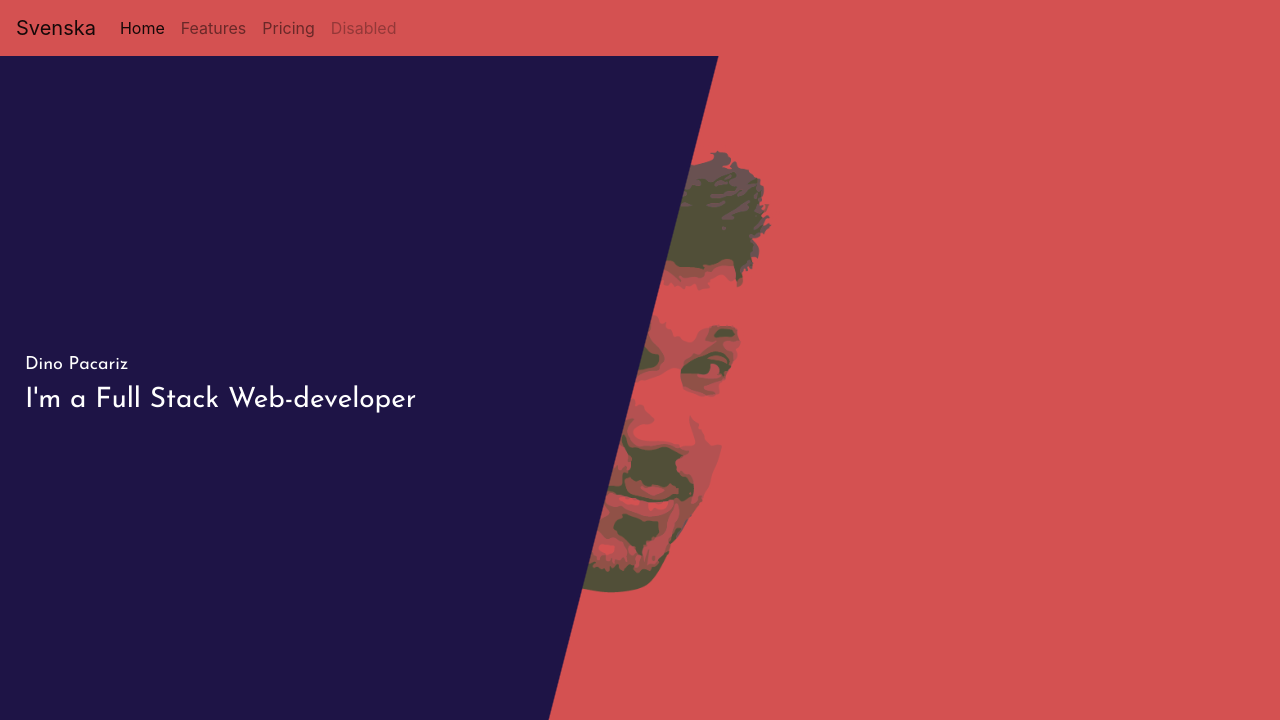
Repository: ImDino/Portfolio
Page: index.html
An editor plug-in stored every save of this project. The page is shown before and after the next save, followed by the edit.
The browser window is 1280 px wide. The pictures show the whole page.
Some web libraries are served in a nearby version. The style sheet was rebuilt from its Sass, Less or Tailwind sources for each picture, by a compiler version that may differ from the author's.

Above is the page before, as saved 2020-11-04 12:57:34.

### index.html
<!DOCTYPE html>
<html lang="en">
<head>
    <meta charset="UTF-8">
    <meta name="viewport" content="width=device-width, initial-scale=1.0">
    <link rel="stylesheet" href="https://cdn.jsdelivr.net/npm/bootstrap@4.5.3/dist/css/bootstrap.min.css" integrity="sha384-TX8t27EcRE3e/ihU7zmQxVncDAy5uIKz4rEkgIXeMed4M0jlfIDPvg6uqKI2xXr2" crossorigin="anonymous">
    <link href="https://fonts.googleapis.com/css2?family=Josefin+Sans&display=swap" rel="stylesheet">

    <script src="https://code.jquery.com/jquery-3.5.1.slim.min.js" integrity="sha384-DfXdz2htPH0lsSSs5nCTpuj/zy4C+OGpamoFVy38MVBnE+IbbVYUew+OrCXaRkfj" crossorigin="anonymous"></script>
    <script src="https://cdn.jsdelivr.net/npm/bootstrap@4.5.3/dist/js/bootstrap.bundle.min.js" integrity="sha384-ho+j7jyWK8fNQe+A12Hb8AhRq26LrZ/JpcUGGOn+Y7RsweNrtN/tE3MoK7ZeZDyx" crossorigin="anonymous"></script>
    <script src="https://cdnjs.cloudflare.com/ajax/libs/gsap/3.5.1/gsap.min.js"></script>
    <script src="/js/main.js"></script>


    <link rel="stylesheet" href="css/main.css">
    <title>Dino's Portfolio</title>
</head>
<body>
    <div id='pseudo-div'></div>
    <nav class="navbar navbar-expand-lg navbar-light bg-light">
        <!-- <a class="navbar-brand" href="#">Navbar</a> -->
        <a class="navbar-brand" id='lang' href="#">Svenska</a>
        <button class="navbar-toggler" type="button" data-toggle="collapse" data-target="#navbarNav" aria-controls="navbarNav" aria-expanded="false" aria-label="Toggle navigation">
          <span class="navbar-toggler-icon"></span>
        </button>
        <div class="collapse navbar-collapse" id="navbarNav">
          <ul class="navbar-nav">
            <li class="nav-item active">
              <a class="nav-link" href="#">Home <span class="sr-only">(current)</span></a>
            </li>
            <li class="nav-item">
              <a class="nav-link" href="#">Features</a>
            </li>
            <li class="nav-item">
              <a class="nav-link" href="#">Pricing</a>
            </li>
            <li class="nav-item">
              <a class="nav-link disabled" href="#" tabindex="-1" aria-disabled="true">Disabled</a>
            </li>
          </ul>
        </div>
    </nav>
    <div id='purple-div'>
        <h1>Dino Pacariz</h1>
        <h3>I'm a Full Stack Web-developer</h3>
    </div>
    <div id='face'>
    </div>
</body>
</html>

### js/main.js
document.addEventListener('DOMContentLoaded', () => {
    gsap.from("#purple-div", {duration: 1, x: -1000});
    gsap.from("#face", {duration: 1, opacity: 0});
    gsap.from("#face", {clearProps: 'all', duration: 1, x:100});
    TweenLite.from('#face', {y:20, ease:Linear.easeNone});





    // localStorage.clear()

    /*:::::::START:::::::::
    ::: Refresh Counter :::
    :::::::::::::::::::::*/

    if(localStorage.getItem('refreshCount') == null) {
        localStorage.setItem('refreshCount', 1);
    } else {
        let  localRefreshCount = localStorage.getItem('refreshCount')
        localRefreshCount++;
        localStorage.setItem('refreshCount', localRefreshCount);
    }
    if (parseInt(localStorage.getItem('refreshCount')) > 10) {
        localStorage.setItem('refreshCount', 1);
    }
    console.log('RefreshCount: '+localStorage.getItem('refreshCount'))


    /*::::::::END::::::::::
    ::: Refresh Counter :::
    :::::::::::::::::::::*/
})

### scss/main.scss


body {
    background-color: #D45151;
    color: white;
}

#pseudo-div {
    width: 100%;
    background-color: red;
}

.navbar {
    background-color: #D45151 !important;
    color: white;
}

#purple-div {
    padding-top: 60px;
    position: absolute;
    top: 0;
    bottom: 0;
    left: 0;
    right: 0;
    z-index: -1;
    background: linear-gradient(104.35deg, #1E1446 50%, rgba(255, 255, 255, 0) 50.1%);
    display: grid;
    place-content: center left;

    h1, h3 {
        margin-left: 25px;
        font-family: 'Josefin Sans', sans-serif;

    }
    h1 {
        font-size: large;
    }
}

#face {
    position: fixed;
    top: 0;
    bottom: 0;
    left: 0;
    right: 0;
    margin-right: 500px;
    background: url('/img/vectorFace.png') no-repeat;
    background-color: #D45151;
    z-index: -2;
    background-blend-mode: darken;
    background-size: 50vh;
    background-position: right;
}



/* //TODO
1. Darkmode, ställa in särskilda färger IFALL man är i darkmode? UX baby.

*/

After the next save:
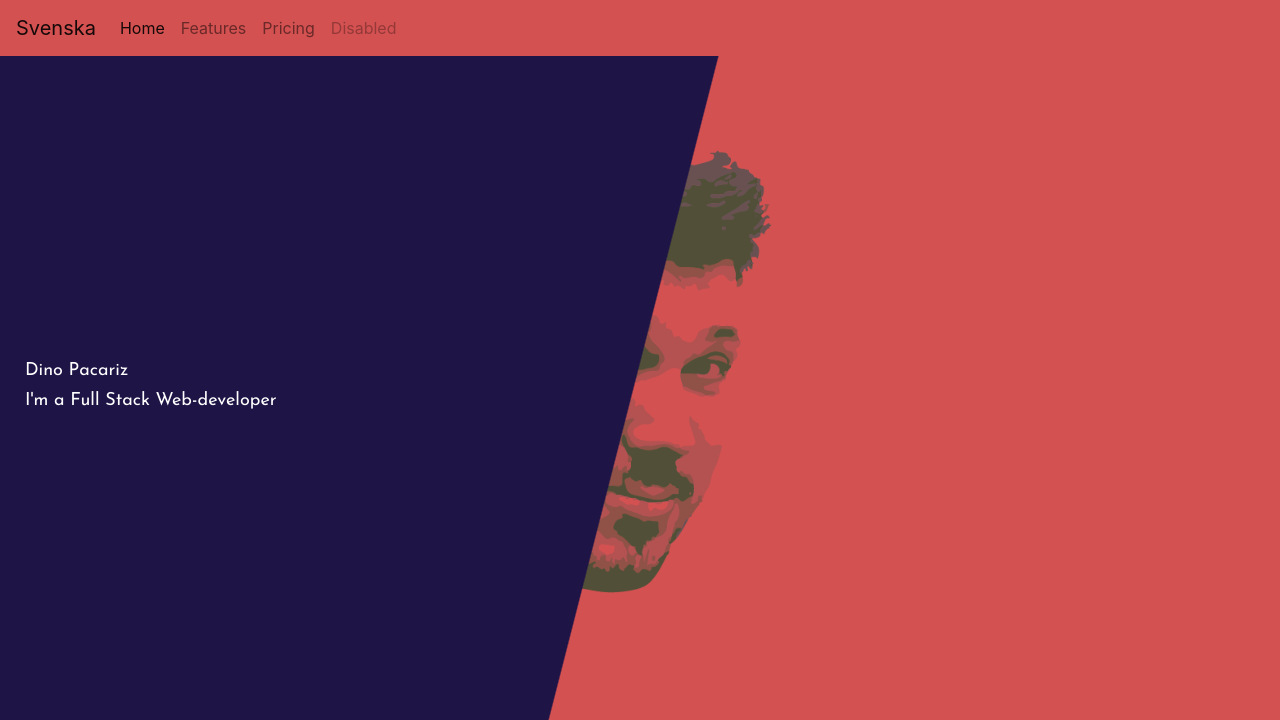
Saved 5 s later.
--- a/scss/main.scss
+++ b/scss/main.scss
@@ -31,9 +31,9 @@ body {
         margin-left: 25px;
         font-family: 'Josefin Sans', sans-serif;
 
+        font-size: large;
     }
     h1 {
-        font-size: large;
     }
 }
 
